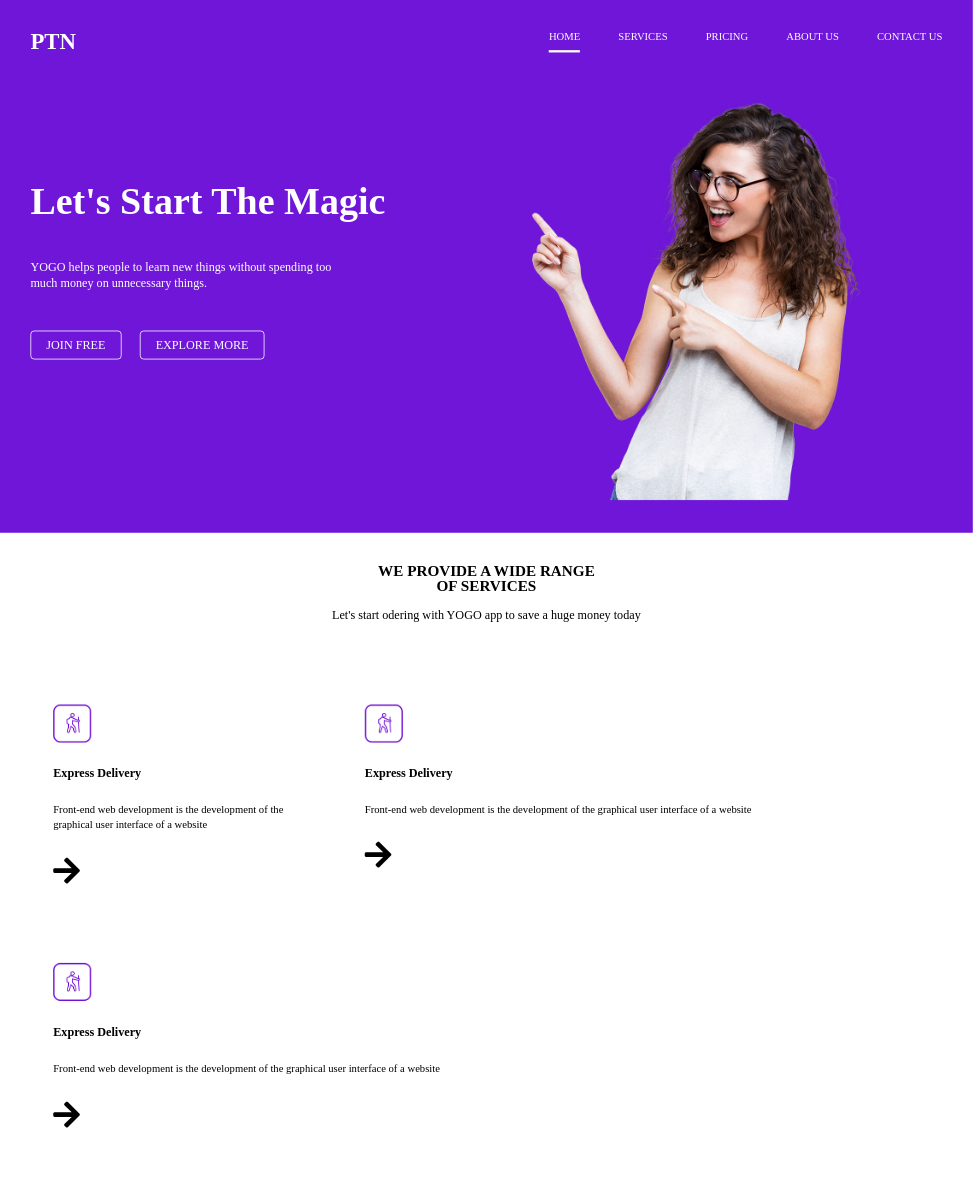
Repository: PhamTrungNguyen/LuyenTap
Page: index.html
An editor plug-in stored every save of this project. The page is shown before and after the next save, followed by the edit.
The browser window is 1280 px wide. The pictures show the whole page, at 76% of full size.
Some web fonts or font styles are not loaded; a fallback is used. The style sheet was rebuilt from its Sass, Less or Tailwind sources for each picture, by a compiler version that may differ from the author's.

Above is the page before, as saved 2021-12-05 19:54:51.

### index.html
<!DOCTYPE html>
<html lang="en">

<head>
    <meta charset="UTF-8">
    <meta http-equiv="X-UA-Compatible" content="IE=edge">
    <meta name="viewport" content="width=device-width, initial-scale=1.0">
    <title>TN_YoGo</title>
    <link rel="stylesheet" href="./reset.css">
    <link rel="stylesheet" href="./style.css">
    <!-- link truyền icon -->
    <link rel="stylesheet" href="https://cdnjs.cloudflare.com/ajax/libs/font-awesome/5.15.3/css/all.min.css"
        integrity="sha512-iBBXm8fW90+nuLcSKlbmrPcLa0OT92xO1BIsZ+ywDWZCvqsWgccV3gFoRBv0z+8dLJgyAHIhR35VZc2oM/gI1w=="
        crossorigin="anonymous" referrerpolicy="no-referrer" />
    <!-- link font chữ -->
    <link
        href="https://fonts.googleapis.com/css2?family=Roboto:ital,wght@0,300;0,400;1,300;1,400&family=Zen+Loop&display=swap"
        rel="stylesheet">
</head>

<body>
    <!-- -------------------- Logo và menu -------------------- -->
    <header class="header">
        <div class="container">
            <div class="header-main">
                <a href="#" class="header-main_logo">PTN</a>
                <ul class="header-main_menu">
                    <li class="header-main_menu__item">
                        <a href="" class="header-main_menu__link active-home">Home</a>
                    </li>
                    <li class="header-main_menu__item">
                        <a href="" class="header-main_menu__link">Services</a>
                    </li>
                    <li class="header-main_menu__item">
                        <a href="" class="header-main_menu__link">Pricing</a>
                    </li>
                    <li class="header-main_menu__item">
                        <a href="" class="header-main_menu__link">About Us</a>
                    </li>
                    <li class="header-main_menu__item">
                        <a href="" class="header-main_menu__link">Contact Us</a>
                    </li>
                </ul>
            </div>
            <!-- -------------------- Phần header trung tâm -------------------- -->
            <div class="header-center">
                <div class="header-left">
                    <h2 class="header-left_title">Let's Start The Magic</h2>
                    <p class="header-left_desc">YOGO helps people to learn new things without spending too much money on
                        unnecessary things.</p>
                    <div class="header-left_click">
                        <a href="" class="header-left_link">join free</a>
                        <a href="" class="header-left_link">explore more</a>
                    </div>
                </div>
                <div class="header-right">
                    <img src="./images/home-pic.png" alt="" class="header-right_image">
                </div>
            </div>
        </div>
    </header>
    <!-- -------------------- Phần service ( dưới header ) -------------------- -->
    <section class="service">
        <div class="container">
            <div class="service-over">
                <h2 class="service-over_title">we provide a wide range of services</h2>
                <p class="service-over_desc">Let's start odering with YOGO app to save a huge money today</p>
            </div>
            <div class="service-below">
                <div class="service-below__list">
                    <div class="service-below--block">
                        <img src="./images/Icon-1.png" alt="" class="service-below_icon">
                        <h3 class="service-below_title">Express Delivery</h3>
                        <span class="service-below_desc">Front-end web development is the development of the graphical user interface of a website</span>
                        <div class="service-below_item">
                            <i class="fas fa-arrow-right"></i>
                        </div>
                    </div>
                </div>
                <div class="service-below--list">
                    <div class="service-below--block">
                        <img src="./images/Icon-1.png" alt="" class="service-below_icon">
                        <h3 class="service-below_title">Express Delivery</h3>
                        <span class="service-below_desc">Front-end web development is the development of the graphical user interface of a website</span>
                        <div class="service-below_item">
                            <i class="fas fa-arrow-right"></i>
                        </div>
                    </div>
                </div>
                <div class="service-below--list">
                    <div class="service-below--block">
                        <img src="./images/Icon-1.png" alt="" class="service-below_icon">
                        <h3 class="service-below_title">Express Delivery</h3>
                        <span class="service-below_desc">Front-end web development is the development of the graphical user interface of a website</span>
                        <div class="service-below_item">
                            <i class="fas fa-arrow-right"></i>
                        </div>
                    </div>
                </div>

            </div>
        </div>
    </section>

</body>

</html>

### reset.css
/* http://meyerweb.com/eric/tools/css/reset/
   v2.0 | 20110126
   License: none (public domain)
*/

html,
body,
div,
span,
applet,
object,
iframe,
h1,
h2,
h3,
h4,
h5,
h6,
p,
blockquote,
pre,
a,
abbr,
acronym,
address,
big,
cite,
code,
del,
dfn,
em,
img,
ins,
kbd,
q,
s,
samp,
small,
strike,
strong,
sub,
sup,
tt,
var,
b,
u,
i,
center,
dl,
dt,
dd,
ol,
ul,
li,
fieldset,
form,
label,
legend,
table,
caption,
tbody,
tfoot,
thead,
tr,
th,
td,
article,
aside,
canvas,
details,
embed,
figure,
figcaption,
footer,
header,
hgroup,
menu,
nav,
output,
ruby,
section,
summary,
time,
mark,
audio,
video {
  margin: 0;
  padding: 0;
  border: 0;
  font-size: 100%;
  font: inherit;
  vertical-align: baseline;
}
/* HTML5 display-role reset for older browsers */
article,
aside,
details,
figcaption,
figure,
footer,
header,
hgroup,
menu,
nav,
section {
  display: block;
}
body {
  line-height: 1;
}
ol,
ul {
  list-style: none;
}
blockquote,
q {
  quotes: none;
}
blockquote:before,
blockquote:after,
q:before,
q:after {
  content: "";
  content: none;
}
table {
  border-collapse: collapse;
  border-spacing: 0;
}

### style.scss
html {
  font-size: 62.5%;
}
* {
  box-sizing: border-box;
}
body {
  font-family: "Bona Nova", serif;
  font-size: 1.6rem;
  font-weight: normal;
  outline: none;
}
a {
  text-decoration: none;
}
img {
  max-width: 100%;
}
.container {
  padding: 4rem;
}
.active-home {
  border-bottom: 3px solid white !important;
  padding-bottom: 10px;
}
.header {
  //-------------------- Logo và menu --------------------
  background-color: #6f16d8;
  &-main {
    // max-width: 1100px;
    display: flex;
    flex-direction: row;
    justify-content: space-between;
    &_logo {
      display: inline-block;
      text-transform: uppercase;
      font-size: 3rem;
      font-weight: 700;
      color: white;
    }
    &_menu {
      cursor: pointer;
      display: flex;
      flex-direction: row;
      position: relative;
      &__item:not(:last-child) {
        margin-right: 5rem;
      }
      &__link {
        text-transform: uppercase;
        display: inline-block;
        color: white;
        font-size: 1.4rem;
        border-bottom: 2px solid transparent;
        padding-bottom: 10px;
        transition: all 0.25s linear;
      }
      &__link:hover {
        color: black;
        border-bottom: 3px solid white;
      }
    }
  }
}
@media screen and (max-width: 767px) {
  .container {
    padding: 3rem;
  }
  .header-main {
    display: block;
    &_logo {
      display: block;
      text-align: center;
      padding-bottom: 1rem;
    }
  }
  .header-main_menu__item:not(:last-child) {
    margin-right: 1.4rem;
  }
  .header-main_menu__link {
    font-size: 1.5rem;
    text-transform: capitalize;
  }
}
//-------------------- Phần header trung tâm --------------------
.header {
  &-center {
    padding-top: 15rem;
    display: flex;
    justify-content: space-between;
  }
  &-left {
    margin-top: 2rem;
    &_title {
      color: white;
      font-size: 5rem;
      font-weight: bold;
      padding-bottom: 5rem;
    }
    &_desc {
      color: white;
      max-width: 400px;
      line-height: 1.4;
      padding-bottom: 5rem;
    }
    &_link {
      display: inline-block;
      padding: 1rem 2rem;
      color: white;
      text-transform: uppercase;
      border-radius: 0.5rem;
      border: 1px solid white;
      transition: all 0.25s linear;
      margin-right: 2rem;
    }
    &_link:hover {
      background-color: #fff;
      color: black;
    }
  }
  &-right {
    margin-right: 10rem;
    margin-top: -10rem;
    &_image {
      width: 45rem;
    }
  }
}
@media screen and (max-width: 1023px) {
  .header-left {
    margin-top: 0rem;
  }
  .header-center {
    padding-top: 8rem;
  }
  .header-right {
    margin-right: 0rem;
    margin-top: -3rem;
  }
  .header-left_title {
    padding-bottom: 3rem;
  }
  .header-left_desc {
    max-width: 350px;
    padding-bottom: 4rem;
  }
}
@media  screen and (max-width:767px){
  .header-center {
    padding-top: 4rem;
}
  .header-left_title {
    font-size: 2rem;
    padding-bottom: 2rem;
}
.header-right_image {
  width: 50rem;
  height: 24rem;
}
.header-right {
  margin-right: -3rem;
  margin-top: 0rem;
}
.header-left_desc {
  line-height: 1.2;
  padding-bottom: 0rem;
  font-size: 1.2rem;
}
.header-left_link {
  margin-top: 2rem;
  padding: 0.5rem 1rem;
  font-size: 1.5rem;
  margin-right: 0rem;
  max-width: 10rem;
  text-align: center;
}
}
//-------------------- Phần service ( dưới header ) --------------------
.service
{
  &-over
  {
    padding-bottom: 5rem;
    text-align: center;
    &_title
    {
      margin: 0 auto;
      text-transform: uppercase;
      color: black;
      font-size: 2rem;
      font-weight: 600;
      max-width:300px;
      padding-bottom: 2rem;
    }
  }
  &-below
  {
    display:flex;
    flex-wrap: wrap;
    &--block{
      padding:6rem 3rem 4rem 3rem;
      // background-color: #6f16d8;
      border-radius:1rem;
    }
    &__list{
      width: calc(33.33% - 2rem);
      transition: all 0.5s ease;
    }
    &__list:hover{
      .service-below--block{
        transition: all 0.5s ease;
        background-color: #6f16d8
      }
    }
    &__list:not(:last-child)
    {
      margin-right: 3rem;

    }
    &_icon {
     width:5rem;
     height:5rem;
     margin-bottom: 3rem;
    }
    &_title{
      color: black;
      font-weight: 600;
      margin-bottom: 3rem;
    }
    &_desc{
      color: black;
      line-height:1.4;
      word-break: break-word;
      font-size: 1.4rem;
    }
    &_item{
      margin-top: 3rem;
      font-size: 4rem;
    }
  }
}

After the next save:
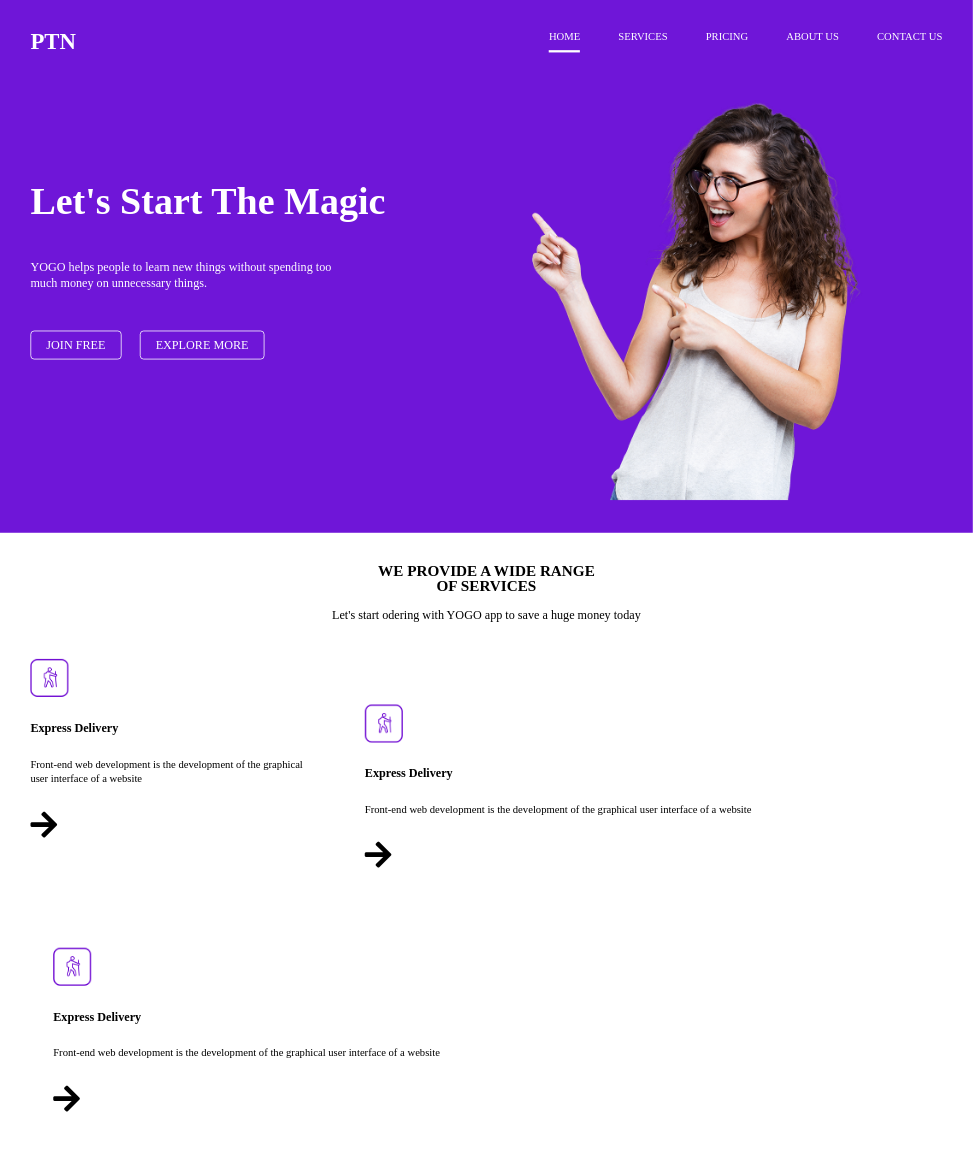
Saved 34 s later.
--- a/index.html
+++ b/index.html
@@ -68,7 +68,7 @@
             </div>
             <div class="service-below">
                 <div class="service-below__list">
-                    <div class="service-below--block">
+                    <div class="service-below__block">
                         <img src="./images/Icon-1.png" alt="" class="service-below_icon">
                         <h3 class="service-below_title">Express Delivery</h3>
                         <span class="service-below_desc">Front-end web development is the development of the graphical user interface of a website</span>
